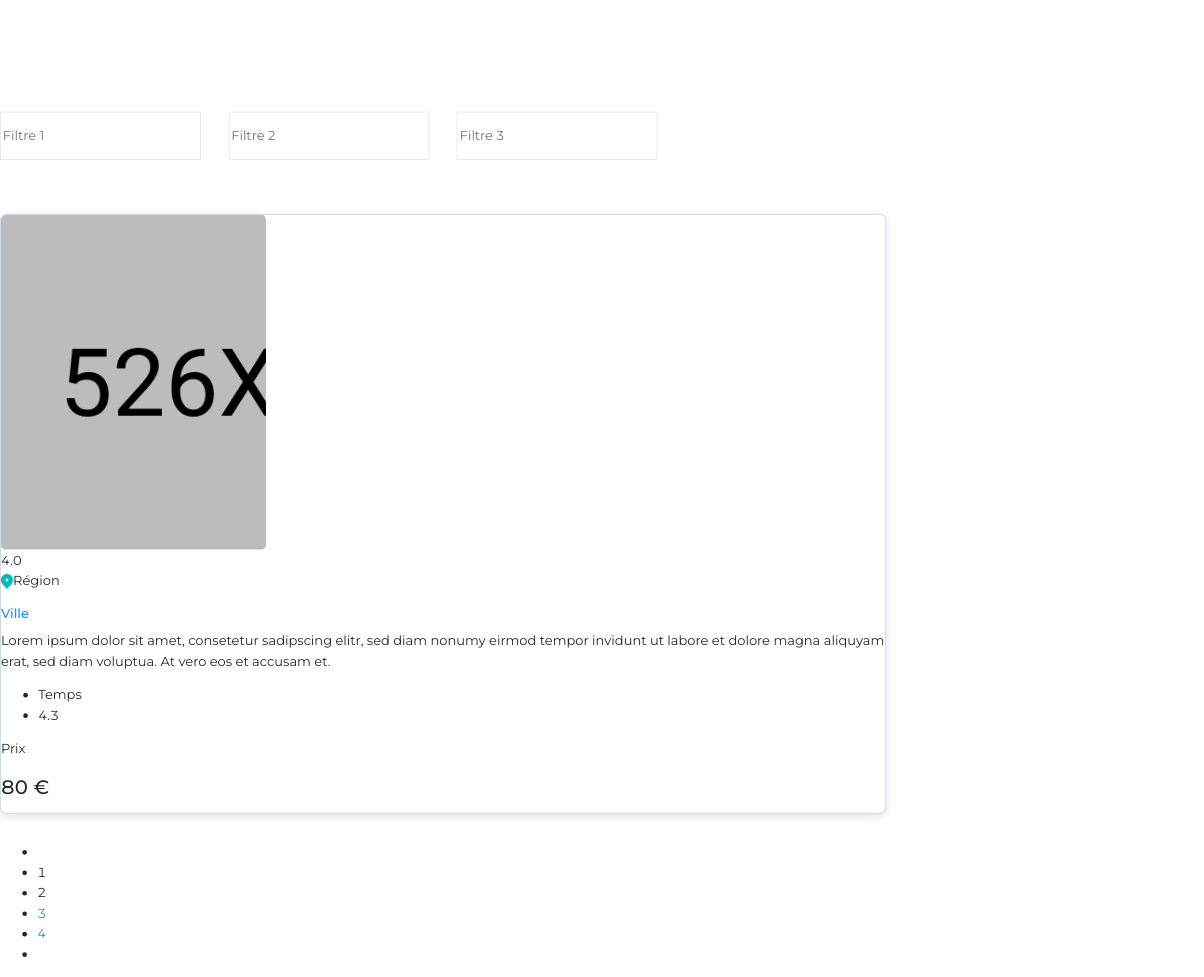
Repository: Emerson1220/projet-neofeel-lacapsule
Page: /roadPlanner (app in reactapp/)
These files come from the project's save history. The page is drawn as it stood at one moment and after the next save; the edit follows.
The browser window is 1280 px wide. The page is 1295 px wide, so the pictures cover 1295 px, including what lies to the right of the window. The pictures show the whole page, at 93% of full size.
The project was rebuilt for these pictures with package versions that can differ from the ones it lists, and the page was loaded fresh each time. Also part of the build but not shown: reactapp/src/Nav.js, reactapp/src/ScreenHome.js.

Above is the page before, as saved 2021-05-18 10:31:03.

### reactapp/src/App.js
import './App.css';
import Nav from './Nav'
import {BrowserRouter as Router, Switch, Route} from 'react-router-dom'

import ScreenHome from './ScreenHome';
import ScreenRoadPlanner from './screens/ScreenRoadPlanner';

function App() {
  return (



    // <SearchPage></SearchPage>
      <Router>
        <Switch>
          <Route component={ScreenHome} path="/" exact />
          <Route component={ScreenRoadPlanner} path="/roadPlanner"  />
          {/* <Route component={ScreenConnexion} path="/connexion"  />
          <Route component={ScreenSearch} path="/recherche"  />
          <Route component={ScreenInfo} path="/info"  />
          <Route component={ScreenPartner} path="/partenaire"  />
          <Route component={ScreenRoadPlanner} path="/roadPlanner"  />
          <Route component={ScreenTrips} path="/voyages"  />
          <Route component={ScreenProfil} path="/profil"  />
          <Route component={ScreenBasket} path="/panier"  />
          <Route component={ScreenSuggestion} path="/suggestion"  /> */}
        </Switch>
      </Router>

  );
}

export default App;

### reactapp/src/App.css
@import '~antd/dist/antd.css';
@import url('https://fonts.googleapis.com/css2?family=Montserrat:ital,wght@0,200;0,300;0,400;0,500;0,600;0,700;1,400;1,600&display=swap');

* {
  font-family: 'Montserrat', sans-serif;
}

.App {
  text-align: center;
}

.App-logo {
  height: 40vmin;
  pointer-events: none;
}

@media (prefers-reduced-motion: no-preference) {
  .App-logo {
    animation: App-logo-spin infinite 20s linear;
  }
}

.App-header {
  background-color: #282c34;
  min-height: 100vh;
  display: flex;
  flex-direction: column;
  align-items: center;
  justify-content: center;
  font-size: calc(10px + 2vmin);
  color: white;
}

.App-link {
  color: #61dafb;
}

@keyframes App-logo-spin {
  from {
    transform: rotate(0deg);
  }
  to {
    transform: rotate(360deg);
  }
}
/* CSS NAVBAR _______________________*/



.h1-montserrat {
  width: auto; /* 366px */
  height: auto; /* 58px */
  overflow: visible;
  white-space: pre;
  letter-spacing: 0px;
  line-height: 1.2;
  color: #106271;
  font-weight: 700;
  font-family: "Inter-Bold", "Inter", sans-serif;
  font-size: 48px;
}

.devenezPartenaireButton{

background-color: #e06868;
overflow: visible;
  white-space: pre;
  letter-spacing: 0px;
line-height: 1.2;
  color: #ffffff;
  font-weight: 700;
  font-family: "Inter-Bold", "Inter", sans-serif;
width: 150px;
height: 50px;
left: 971px;
top: 40px;
border-radius: 5px;
}

.listNav{
  color: #106271;
  margin: 0px 0px;
}

### reactapp/src/screens/ScreenRoadPlanner.js
import React from 'react';
import '../App.css';
import { Button } from 'antd';
import { Link } from 'react-router-dom';
import Nav from '../Nav'

function ScreenRoadPlanner() {

    return (	<div style={{ paddingTop:'120px' }}>

                <div style={ styles.container }>

                    <div style={ styles.row }>

                        <div style={ styles.col_xl_9 }>
                            <div style={{ marginBottom:'40px' }}> {/* Filters */}

                                <div style={ styles.row }>
                                    <div style={ styles.col_xl_3 }>
                                        <label style={ styles.single_input_wrap }>
                                            <i style={ styles.icons_la }/>
                                            <input style={ styles.single_input_wrap_input } type="text" placeholder="Filtre 1" />
                                        </label>
                                    </div>

                                    <div style={ styles.col_xl_3 }>
                                        <label style={ styles.single_input_wrap }>
                                            <i style={ styles.icons_la }/>
                                            <input style={ styles.single_input_wrap_input } type="text" placeholder="Filtre 2" />
                                        </label>
                                    </div>

                                    <div style={ styles.col_xl_3 }>
                                        <label style={ styles.single_input_wrap }>
                                            <i style={ styles.icons_la }/>
                                            <input style={ styles.single_input_wrap_input } type="text" placeholder="Filtre 3" />
                                        </label>
                                    </div>
                                </div>
                            </div> {/* End -> ButtonFilters */}

                            <div style={ styles.experiences_list_area }> {/* Container -> Card expérience */}
                                <div style={ styles.single_destinations}> {/* Card expérience */}
                                    <div style={ styles.image_card }>
                                        <img src="images/photo-526x360.png" alt="list" />
                                    </div>
                                    <div className="details">
                                        <div className="tp-review-meta">
                                            <i className="ic-yellow fa fa-star" />
                                            <i className="ic-yellow fa fa-star" />
                                            <i className="ic-yellow fa fa-star" />
                                            <i className="ic-yellow fa fa-star" />
                                            <i className="fa fa-star" />
                                            <span>4.0</span>
                                        </div>

                                        <p className="location"><img src="images/icone-geo.png" alt="map" />Région</p>
                                        <h4 className="title"><Link to="/tour-details">Ville</Link></h4>
                                        <p className="content">Lorem ipsum dolor sit amet, consetetur sadipscing elitr, sed diam nonumy eirmod tempor invidunt ut labore et dolore magna aliquyam erat, sed diam voluptua. At vero eos et accusam et.</p>

                                        <div className="list-price-meta">
                                            <ul className="tp-list-meta d-inline-block">
                                                <li><i className="fa fa-clock-o" /> Temps</li>
                                                <li><i className="fa fa-star" /> 4.3</li>
                                            </ul>
                                            <div className="tp-price-meta d-inline-block">
                                                <p>Prix</p>
                                                <h2>80 <span>€</span></h2>
                                            </div>
                                        </div>
                                    </div>
                                </div> {/* End -> Card expérience */}
                            </div> {/* End -> Container -> Card expérience */}


                            <div className="text-md-center text-left"> {/* Pagination */}
                                <div className="tp-pagination text-md-center text-left d-inline-block mt-4">
                                    <ul>
                                        <li><a className="prev page-numbers" href="#"><i className="la la-long-arrow-left" /></a></li>
                                        <li><span className="page-numbers">1</span></li>
                                        <li><span className="page-numbers current">2</span></li>
                                        <li><a className="page-numbers" href="#">3</a></li>
                                        <li><a className="page-numbers" href="#">4</a></li>
                                        <li><a className="next page-numbers" href="#"><i className="la la-long-arrow-right" /></a></li>
                                    </ul>
                                </div>
                            </div>{/* End -> Pagination */}
                        </div>
                    </div>
                </div>
            </div>
    )
};

let styles = {
    container: {
        width: '100%',
        paddingright: '15px',
        paddingleft: '15px',
        marginright: 'auto',
        marginleft: 'auto',
    },

    row:{
        display: 'flex',
        flexWrap: 'wrap',
        marginRight: '-15px',
        marginLeft: '-15px',
    },

    col_xl_9:{
        position: 'relative',
        flex: '0 0 75%',
        maxWidth: '75%',
        width: '100%',
        minHeight: '1px',
        paddingRight: '15px',
        paddingLeft: '15px',
        },

    col_xl_3:{
        position: 'relative',
        flex: '0 0 25%',
        maxWidth: '25%',
        width: '100%',
        minHeight: '1px',
        paddingRight: '15px',
        paddingLeft: '15px',
        },

    single_input_wrap:{
        position: 'relative',
        width: '100%',
        marginBottom: '18px',
        display: 'inline-block',
    },

    single_input_wrap_input:{
        background: '#ffffff',
        border: '1px solid #EAEAEA',
        height: '52px',
        width: '100%',
    },

    icons_la:{
        display: 'inline-block',
        position: 'absolute',
        top: '17px',
        left: '20px',
        color: '#CFD3DE',
        font: 'normal normal normal 16px/1 LineAwesome',
        fontSize: 'inherit',
        textDecoration: 'inherit',
        textRendering: 'optimizeLegibility',
        textTransform: 'none',
    },

    experiences_list_area:{
        boxSizing: 'border-box',
        outline: 'none',
    },

    single_destinations:{
        display: 'flex',
        flexWrap: 'wrap',
        margin: '0 0 30px 0',
        border: '1px solid #CFD3DE',
        boxShadow: '0px 3px 9px #071c551f',
        borderRadius: '7px',
        position: 'relative',
        overflow: 'hidden',
    },

    image_card:{
        position: 'relative',
        background: '#106271',
        overflow: 'hidden',
        flex: '0 0 30%',
        backgroundSize: 'cover',
        backgroundRepeat: 'no-repeat',
        backgroundPosition: 'center center',
        minHeight: '200px',
        borderRadius: '5px',
    },

    detail_card:{
        flex: '0 0 70%',
        padding: '22px 15px',
        background: '#ffffff',
    },



    }













export default ScreenRoadPlanner;

Loaded but not shown: reactapp/public/index.html (common file); reactapp/src/index.js (common file); reactapp/src/index.css (common file); reactapp/src/reportWebVitals.js (common file)

After the next save:
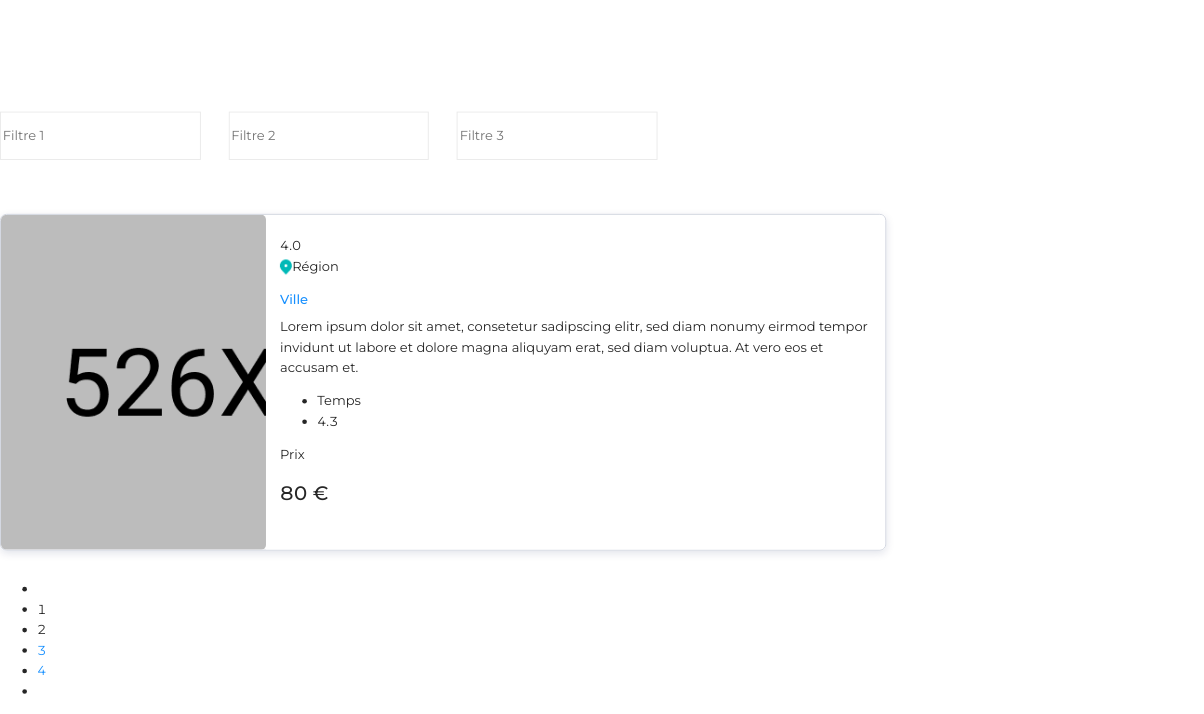
Saved 51 s later.
--- a/reactapp/src/screens/ScreenRoadPlanner.js
+++ b/reactapp/src/screens/ScreenRoadPlanner.js
@@ -44,7 +44,7 @@ function ScreenRoadPlanner() {
                                     <div style={ styles.image_card }>
                                         <img src="images/photo-526x360.png" alt="list" />
                                     </div>
-                                    <div className="details">
+                                    <div style={ styles.detail_card }>
                                         <div className="tp-review-meta">
                                             <i className="ic-yellow fa fa-star" />
                                             <i className="ic-yellow fa fa-star" />
